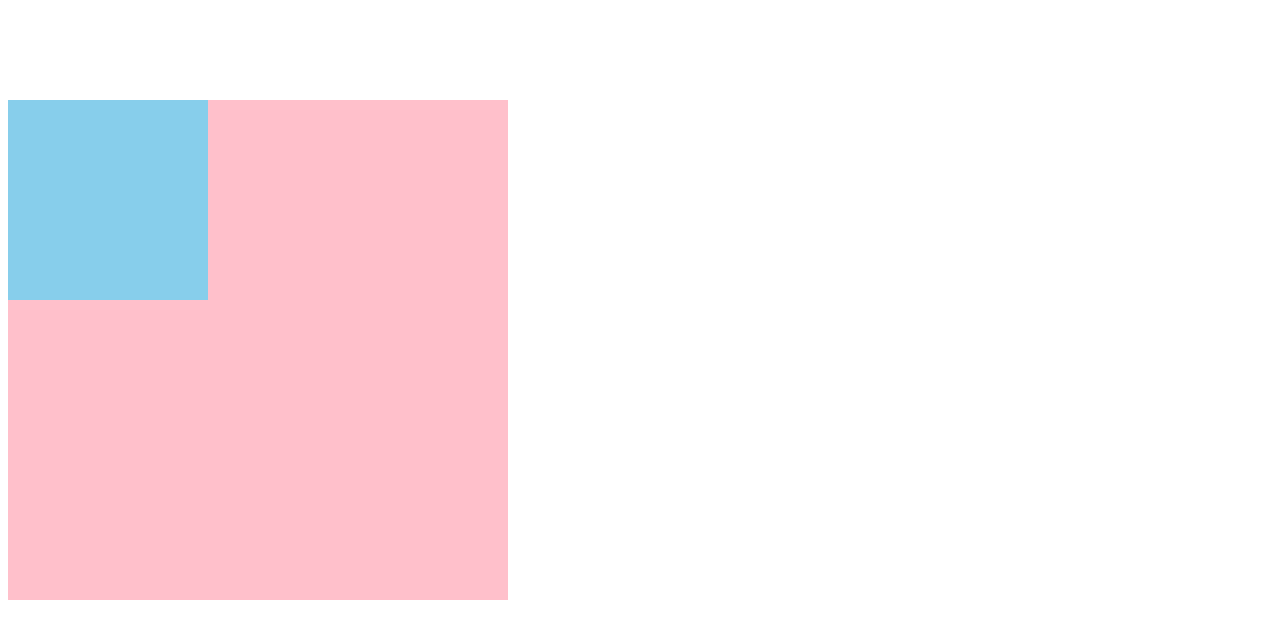
Repository: hminah0215/bitcamp
Page: http://localhost/day0217b/exam03/ex03.jsp
An editor plug-in stored every save of this project. The page is shown before and after the next save, followed by the edit.
The browser window is 1280 px wide. The pictures show the whole page.
The page is served by Tomcat 9.

Above is the page before, as saved 2020-02-17 07:53:00.

### save_eclipse/day0217b/WebContent/exam03/ex03.jsp
<%@ page language="java" contentType="text/html; charset=UTF-8"
    pageEncoding="UTF-8"%>
<!DOCTYPE html>
<html>
<head>
<meta charset="UTF-8">
<title>Insert title here</title>
<style type="text/css">
	#parent{
		width: 500px;
		height: 500px;
		background: pink;
	}

	#child{
		position : static;
		margin-top: 100px;
		width: 200px;
		height: 200px;
		background: skyblue;
	}
</style>
</head>
<body>
	<div id="parent">
		<div id="child"></div>
	</div>

	<!--
		position의 기본값은 static 이며 부모의 margin이 설정되지 않으면
		자식의 margin이 설정됩니다.

	 -->
</body>
</html>

After the next save:
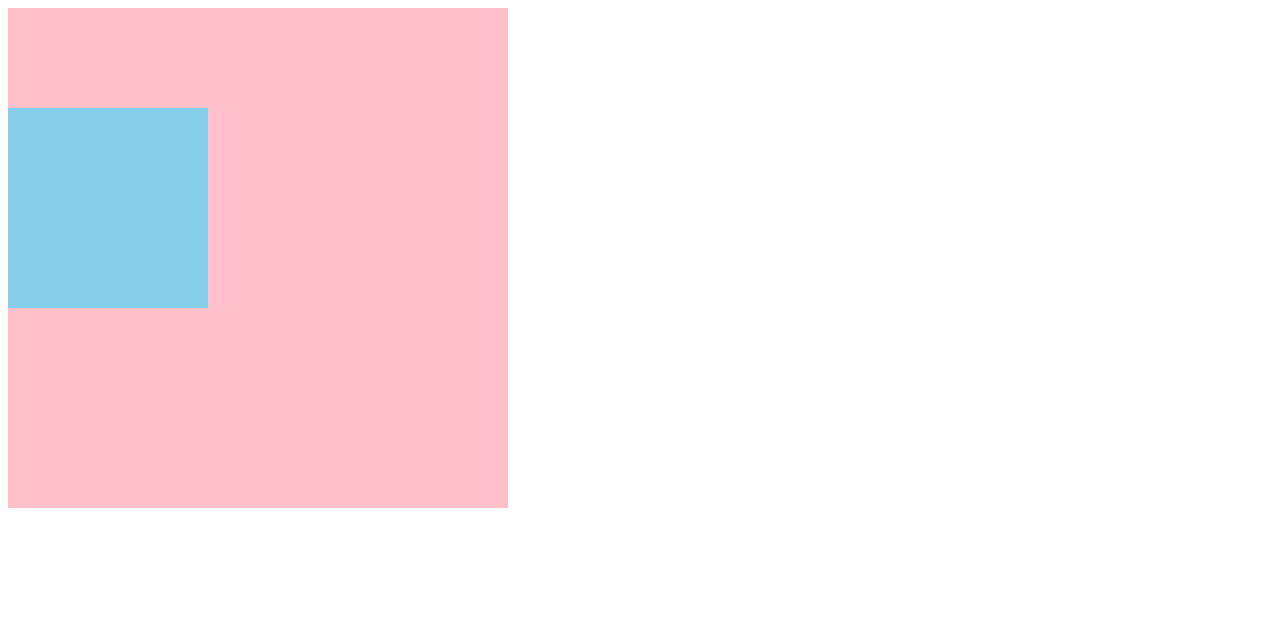
Saved 3 min 4 s later.
--- a/save_eclipse/day0217b/WebContent/exam03/ex03.jsp
+++ b/save_eclipse/day0217b/WebContent/exam03/ex03.jsp
@@ -13,7 +13,7 @@
 	}
 
 	#child{
-		position : static;
+		position : fixed;
 		margin-top: 100px;
 		width: 200px;
 		height: 200px;
